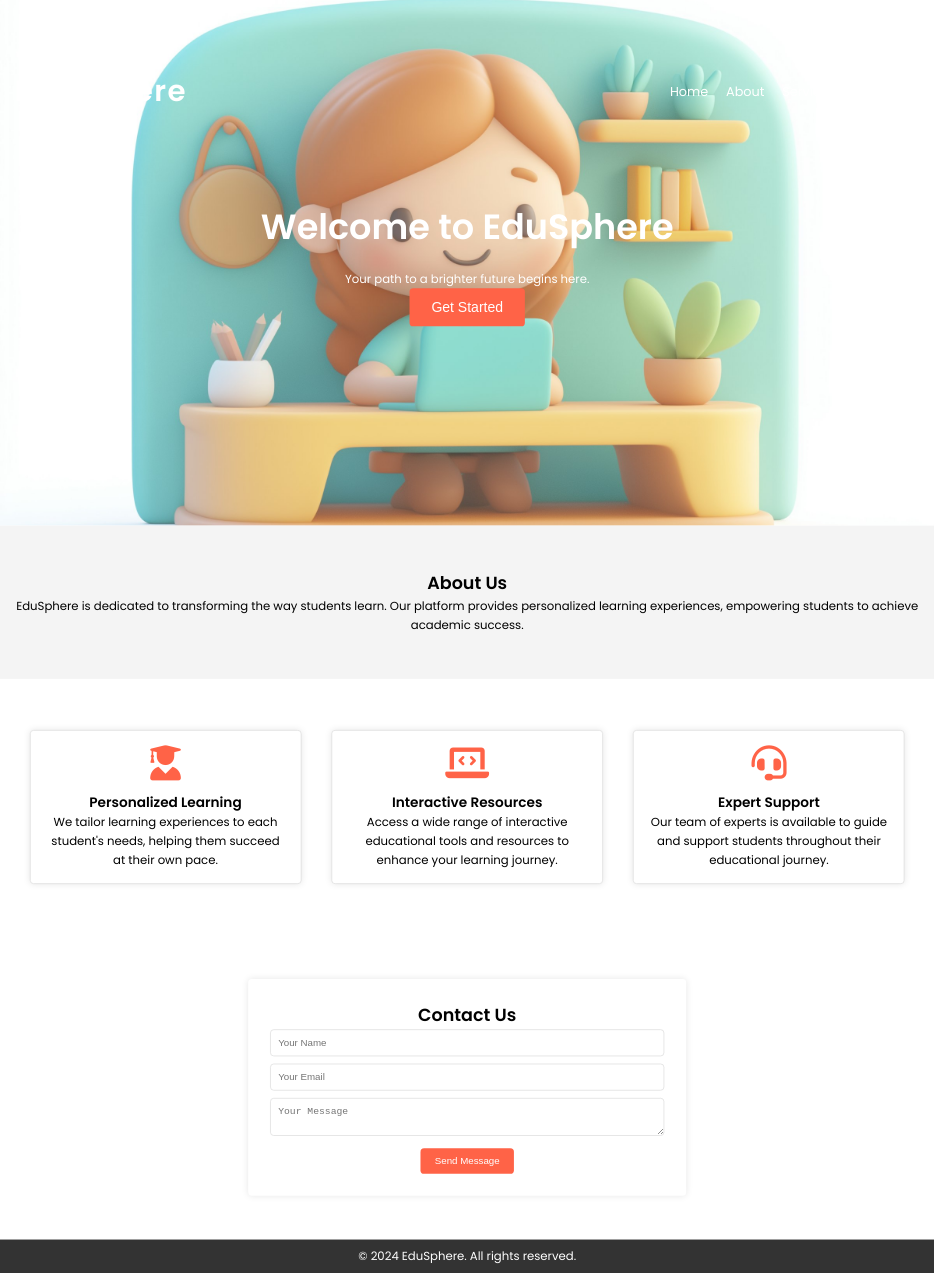
Repository: Syed1818/project
Page: test1.html
The author's editor kept a copy of each file at every save. The page is drawn from the files as they stood at one save, then again after the next save.
The browser window is 1280 px wide. The pictures show the whole page, at 73% of full size.

Above is the page before, as saved 2024-12-07 15:39:05.
Not found: images/header-background.jpg

After the next save:
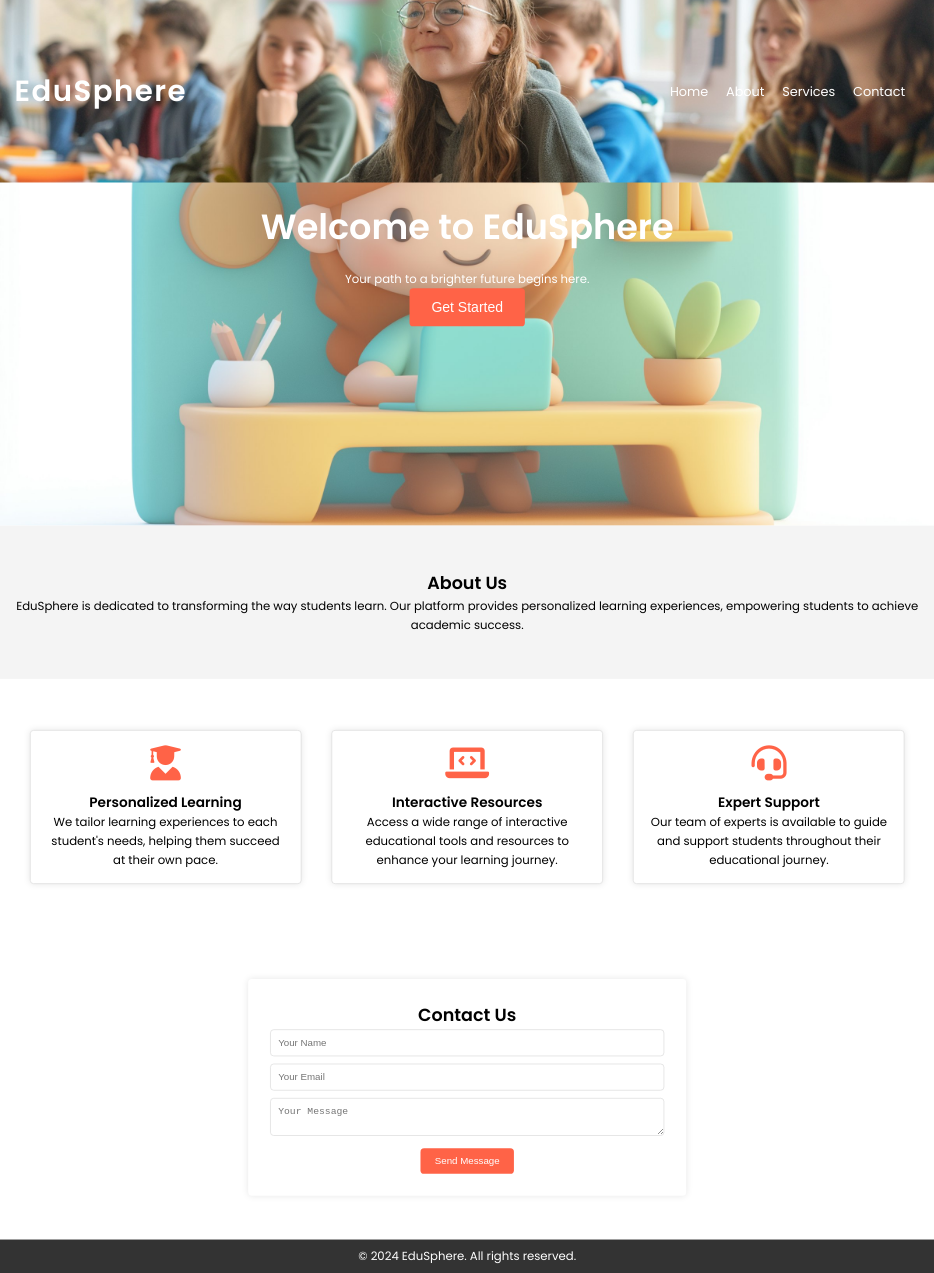
Saved 2 min 9 s later.
--- a/test1.html
+++ b/test1.html
@@ -27,7 +27,7 @@
 
         /* Header Styling */
         header {
-            background: url('images/header-background.jpg') no-repeat center center/cover;
+            background: url('images/header.jpeg') no-repeat center center/cover;
             color: white;
             padding: 60px 0; /* Adjusted padding for more space */
             position: fixed;
